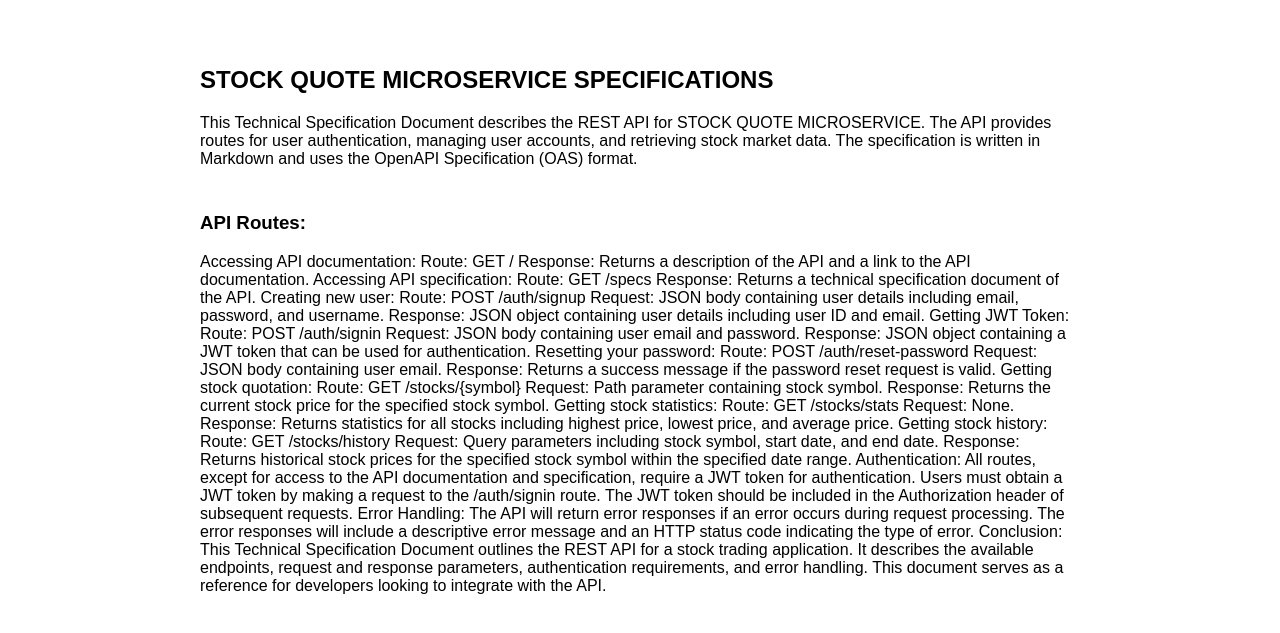
Repository: miguelamello/nest-js
Page: stock-service/specs.html
An editor plug-in stored every save of this project. The page is shown before and after the next save, followed by the edit.
The browser window is 1280 px wide. The pictures show the whole page.

Above is the page before, as saved 2023-04-03 11:56:16.

### stock-service/specs.html
<!DOCTYPE html>
<html lang="en">
<head>
  <meta charset="UTF-8">
  <meta http-equiv="X-UA-Compatible" content="IE=edge">
  <meta name="viewport" content="width=device-width, initial-scale=1.0">
  <title>STOCK QUOTE MICROSERVICE</title>
  <style>
    body {
      font-family: Arial, Helvetica, sans-serif;
      padding: 3% 15%;
    }
    h3 {
      margin-top: 5%;
    }
    pre {
      margin: 0;
      overflow: auto;
    }
  </style>
</head>
<body>
  <h2>STOCK QUOTE MICROSERVICE SPECIFICATIONS</h2>
  <p>
    This Technical Specification Document describes the REST API for STOCK QUOTE MICROSERVICE.
    The API provides routes for user authentication, managing user accounts, and retrieving stock market data.
    The specification is written in Markdown and uses the OpenAPI Specification (OAS) format.
  </p>

  <p>
    <h3>API Routes:</h3>

Accessing API documentation:
Route: GET /
Response: Returns a description of the API and a link to the API documentation.

Accessing API specification:
Route: GET /specs
Response: Returns a technical specification document of the API.

Creating new user:
Route: POST /auth/signup
Request: JSON body containing user details including email, password, and username.
Response: JSON object containing user details including user ID and email.

Getting JWT Token:
Route: POST /auth/signin
Request: JSON body containing user email and password.
Response: JSON object containing a JWT token that can be used for authentication.

Resetting your password:
Route: POST /auth/reset-password
Request: JSON body containing user email.
Response: Returns a success message if the password reset request is valid.

Getting stock quotation:
Route: GET /stocks/{symbol}
Request: Path parameter containing stock symbol.
Response: Returns the current stock price for the specified stock symbol.

Getting stock statistics:
Route: GET /stocks/stats
Request: None.
Response: Returns statistics for all stocks including highest price, lowest price, and average price.

Getting stock history:
Route: GET /stocks/history
Request: Query parameters including stock symbol, start date, and end date.
Response: Returns historical stock prices for the specified stock symbol within the specified date range.

Authentication:
All routes, except for access to the API documentation and specification, require a JWT token for authentication. Users must obtain a JWT token by making a request to the /auth/signin route. The JWT token should be included in the Authorization header of subsequent requests.

Error Handling:
The API will return error responses if an error occurs during request processing. The error responses will include a descriptive error message and an HTTP status code indicating the type of error.

Conclusion:
This Technical Specification Document outlines the REST API for a stock trading application. It describes the available endpoints, request and response parameters, authentication requirements, and error handling. This document serves as a reference for developers looking to integrate with the API.
  </p>

</body>
</html>

After the next save:
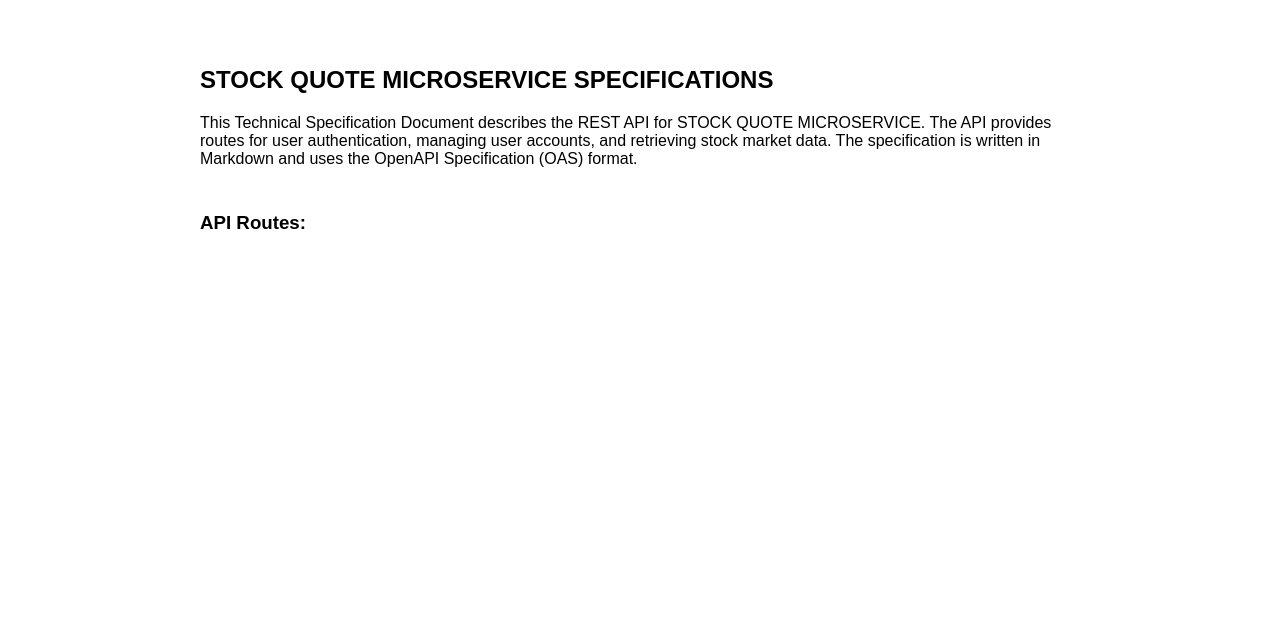
Saved 28 s later.
--- a/stock-service/specs.html
+++ b/stock-service/specs.html
@@ -29,53 +29,6 @@
 
   <p>
     <h3>API Routes:</h3>
-
-Accessing API documentation:
-Route: GET /
-Response: Returns a description of the API and a link to the API documentation.
-
-Accessing API specification:
-Route: GET /specs
-Response: Returns a technical specification document of the API.
-
-Creating new user:
-Route: POST /auth/signup
-Request: JSON body containing user details including email, password, and username.
-Response: JSON object containing user details including user ID and email.
-
-Getting JWT Token:
-Route: POST /auth/signin
-Request: JSON body containing user email and password.
-Response: JSON object containing a JWT token that can be used for authentication.
-
-Resetting your password:
-Route: POST /auth/reset-password
-Request: JSON body containing user email.
-Response: Returns a success message if the password reset request is valid.
-
-Getting stock quotation:
-Route: GET /stocks/{symbol}
-Request: Path parameter containing stock symbol.
-Response: Returns the current stock price for the specified stock symbol.
-
-Getting stock statistics:
-Route: GET /stocks/stats
-Request: None.
-Response: Returns statistics for all stocks including highest price, lowest price, and average price.
-
-Getting stock history:
-Route: GET /stocks/history
-Request: Query parameters including stock symbol, start date, and end date.
-Response: Returns historical stock prices for the specified stock symbol within the specified date range.
-
-Authentication:
-All routes, except for access to the API documentation and specification, require a JWT token for authentication. Users must obtain a JWT token by making a request to the /auth/signin route. The JWT token should be included in the Authorization header of subsequent requests.
-
-Error Handling:
-The API will return error responses if an error occurs during request processing. The error responses will include a descriptive error message and an HTTP status code indicating the type of error.
-
-Conclusion:
-This Technical Specification Document outlines the REST API for a stock trading application. It describes the available endpoints, request and response parameters, authentication requirements, and error handling. This document serves as a reference for developers looking to integrate with the API.
   </p>
 
 </body>
